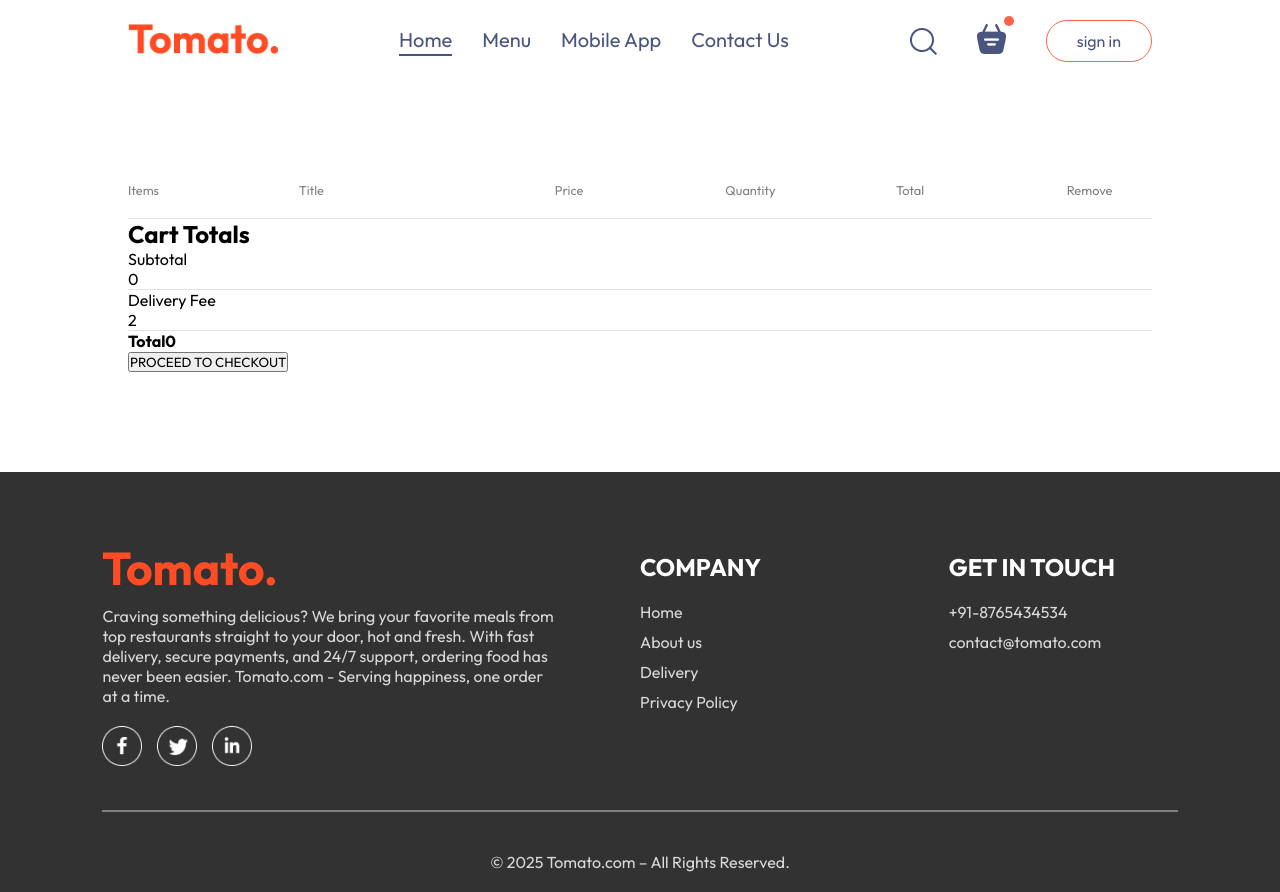
Repository: esakkiraj8104/FOOD_ORDER1
Page: /cart
These files come from the project's save history. The page is drawn as it stood at one moment and after a run of saves; the edit follows.
The browser window is 1280 px wide. The pictures show the whole page.
The project was rebuilt for these pictures with package versions that can differ from the ones it lists, and the page was loaded fresh each time. Also part of the build but not shown: vite.config.js, src/components/Navbar/Header/Haeder.css, src/components/Navbar/Header/Header.jsx, src/components/Navbar/ExploreMenu/ExploreMenu.css, src/components/Navbar/ExploreMenu/ExploreMenu.jsx, src/components/Navbar/FoodDisplay/FoodDisplay.css, src/components/Navbar/FoodItem/FoodItem.css, src/components/Navbar/FoodItem/FoodItem.jsx and 6 more. Imported but missing from the stored project, and not drawn on this page: src/pages/PlaceOrder/PlaceOrder.

Above is the page before, as saved 2025-05-20 18:49:10.

### index.html
<!doctype html>
<html lang="en">
  <head>
    <meta charset="UTF-8" />
    <link rel="icon" type="image/svg+xml" href="/vite.svg" />
    <meta name="viewport" content="width=device-width, initial-scale=1.0" />
    <title>Tomoto food Web</title>
  </head>
  <body>
    <div id="root"></div>
    <script type="module" src="/src/main.jsx"></script>
  </body>
</html>

### src/main.jsx
import React from 'react'
import ReactDOM from 'react-dom/client'
import './index.css'
import App from './App.jsx'
import {BrowserRouter} from 'react-router-dom'
import StoreContextProvider from './Context/StoreContext.jsx'

ReactDOM.createRoot(document.getElementById('root')).render(
  <BrowserRouter>
    <StoreContextProvider>
      <App />
    </StoreContextProvider>

  </BrowserRouter>

)

### src/index.css
@import url('https://fonts.googleapis.com/css2?family=Outfit:wght@100..900&display=swap');

*{
  padding: 0;
  margin: 0;
  box-sizing: border-box;
  font-family: outfit;
  scroll-behavior: smooth;
}
body{
  min-height: 100vh;
}
a{
  text-decoration :none;
  color: inherit;
}
.app{
  width: 80%;
  margin: auto;
}

@keyframes fadeIn {
  0%{
    opacity: 0;
  }
  100%{
    opacity: 1;
  }
}

### src/App.jsx
import React,{ useState } from 'react'
import { Route, Routes } from 'react-router-dom'
import Home from './pages/Home/Home'
import Cart from './pages/Cart/Cart'
import PlaceOrder from './pages/PlaceOrder/PlaceOrder'
import Navbar from './components/Navbar/Navbar/Navbar'
import Footer from './components/Navbar/Footer/Footer'
import LoginPopup from './components/LoginPopup/LoginPopup'

const App = () => {

  const[showLogin,setShowLogin]= useState(false)
  return (

    <>
    {showLogin?<LoginPopup setShowLogin={setShowLogin}/>:<></>}
      <div className='app'>
        <Navbar setShowLogin={setShowLogin}/>
        <Routes >
          <Route path='/' element={<Home />} />
          <Route path='/cart' element={<Cart />} />
          <Route path='/order' element={<PlaceOrder />} />
        </Routes>
      </div>
      <Footer />

    </>


  )
}

export default App

### src/Context/StoreContext.jsx
import { createContext, useEffect, useState } from "react";
import { food_list } from "../assets/assets";

export const StoreContext = createContext(null)

const StoreContextProvider = (props) => {

    const [cartItems,setCartItems]= useState({});

    const addToCart = (itemId) => {
        if (!cartItems[itemId]) {
            setCartItems((prev)=>({...prev,[itemId]:1}))
        }
        else{
            setCartItems((prev)=>({...prev,[itemId]:prev[itemId]+1}))
        }
    }

    const removeFromCart = (itemId) =>{
        setCartItems((prev)=>({...prev,[itemId]:prev[itemId]-1}))
    }

    useEffect(()=>{
        console.log(cartItems);
    },[cartItems])

    const contextValue = {
        food_list,
        cartItems,
        setCartItems,
        addToCart,
        removeFromCart

    }
    return (
        <StoreContext.Provider value={contextValue}>
            {props.children}
        </StoreContext.Provider>
    )
}

export default StoreContextProvider;

### src/pages/Cart/Cart.jsx
import React, { useContext } from 'react'
import './Cart.css'
import { StoreContext } from '../../Context/StoreContext'
const Cart = () => {


  const { cartItems, food_list, removeFromCart } = useContext(StoreContext);
  return (
    <div className='cart'>
      <div className="cart-items">
        <div className="cart-items-title">
          <p>Items</p>
          <p>Title</p>
          <p>Price</p>
          <p>Quantity</p>
          <p>Total</p>
          <p>Remove</p>
        </div>
        <br />
        <hr />
        {food_list.map((item, index) => {
          if (cartItems[item._id] > 0) {
            return (
              <div>
                <div className='cart-items-title cart-items-item'>
                  <img src={item.image} alt="" />
                  <p>{item.name}</p>
                  <p>${item.price}</p>
                  <p>{cartItems[item._id]}</p>
                  <p>${item.price * cartItems[item._id]}</p>
                  <p  onClick={()=>removeFromCart(item._id)} className='cross'>❌</p>
                </div>
                <hr />
              </div>

            )
          }
        })}
      </div>
      <div className="cart-bottom">
        <div className="cart-total">
          <h2>Cart Totals</h2>
          <div>
            <div className="cart-total-details">
              <p>Subtotal</p>
              <p>{0}</p>
            </div>
            <hr />
            <div className="cart-total-details">
              <p>Delivery Fee</p>
              <p>{2}</p>
            </div>
             <hr />
            <div className="cart-total-details">
              <b>Total</b>
              <b>{0}</b>
            </div>
          </div>
          <button>PROCEED TO CHECKOUT</button>
        </div>
      </div>
    </div>
  )
}

export default Cart

### src/components/Navbar/Navbar/Navbar.jsx
import React, { useState } from 'react'
import './Navbar.css'
import { assets } from '../../../assets/assets'
import { Link } from 'react-router-dom';
const Navbar = ({setShowLogin}) => {

    const [menu,setMenu] = useState("home");
  return (
    <div className='navbar'>
        <Link to='/'><img src={assets.logo} alt="" className="logo" /></Link>
        <ul className="navbar-menu">
        <Link to='/'className={menu === "home" ? "active" : ""} onClick={() => setMenu("home")}>Home</Link>
        <a href='#explore-menu' className={menu === "menu" ? "active" : ""} onClick={() => setMenu("menu")}>Menu</a>
        <a href='#app-download'className={menu === "mobile-app" ? "active" : ""} onClick={() => setMenu("mobile-app")}>Mobile App</a>
        <a href='#footer'className={menu === "contact us" ? "active" : ""} onClick={() => setMenu("contact us")}>Contact Us</a>
        </ul>
        <div className="navbar-right">
            <img src={assets.search_icon} alt="" />
            <div className="navbar-search-icon">
                <Link to='/cart'><img src={assets.basket_icon} alt="" /></Link>
                <div className="dot"></div>
            </div>
            <button onClick={()=>setShowLogin(true)}>sign in</button>
        </div>
    </div>
  )
}

export default Navbar

### src/components/Navbar/Footer/Footer.jsx
import React from 'react'
import './Footer.css'
import { assets } from '../../../assets/assets'

const Footer = () => {
  return (

    <div className='footer' id='footer'>
      <div className="footer-content">
        <div className="footer-content-left">
          <img src={assets.logo} alt="" />
          <p>Craving something delicious? We bring your favorite meals from top restaurants straight to your door, hot and fresh.
            With fast delivery, secure payments, and  24/7 support, ordering food has never been easier.
            Tomato.com - Serving happiness, one order at a time.</p>
          <div className="footer-social-icons">
            <img src={assets.facebook_icon} alt="" />
            <img src={assets.twitter_icon} alt="" />
            <img src={assets.linkedin_icon} alt="" />
          </div>
        </div>
        <div className="footer-content-center">
          <h2>COMPANY</h2>
          <ul>
            <li>Home</li>
            <li>About us</li>
            <li>Delivery</li>
            <li>Privacy Policy</li>
          </ul>
        </div>
        <div className="footer-content-right">
          <h2>GET IN TOUCH</h2>
          <ul>
            <li>+91-8765434534</li>
            <li>contact@tomato.com</li>
          </ul>
        </div>
      </div>
      <hr />
      <p className="footer-copyright">© 2025 Tomato.com – All Rights Reserved.</p>
    </div>
  )
}

export default Footer

### src/assets/assets.js
import basket_icon from './basket_icon.png'
import logo from './logo.png'
import header_img from './header_img.png'
import search_icon from './search_icon.png'
import menu_1 from './menu_1.png'
import menu_2 from './menu_2.png'
import menu_3 from './menu_3.png'
import menu_4 from './menu_4.png'
import menu_5 from './menu_5.png'
import menu_6 from './menu_6.png'
import menu_7 from './menu_7.png'
import menu_8 from './menu_8.png'

import food_1 from './food_1.png'
import food_2 from './food_2.png'
import food_3 from './food_3.png'
import food_4 from './food_4.png'
import food_5 from './food_5.png'
import food_6 from './food_6.png'
import food_7 from './food_7.png'
import food_8 from './food_8.png'
import food_9 from './food_9.png'
import food_10 from './food_10.png'
import food_11 from './food_11.png'
import food_12 from './food_12.png'
import food_13 from './food_13.png'
import food_14 from './food_14.png'
import food_15 from './food_15.png'
import food_16 from './food_16.png'
import food_17 from './food_17.png'
import food_18 from './food_18.png'
import food_19 from './food_19.png'
import food_20 from './food_20.png'
import food_21 from './food_21.png'
import food_22 from './food_22.png'
import food_23 from './food_23.png'
import food_24 from './food_24.png'
import food_25 from './food_25.png'
import food_26 from './food_26.png'
import food_27 from './food_27.png'
import food_28 from './food_28.png'
import food_29 from './food_29.png'
import food_30 from './food_30.png'
import food_31 from './food_31.png'
import food_32 from './food_32.png'

import add_icon_white from './add_icon_white.png'
import add_icon_green from './add_icon_green.png'
import remove_icon_red from './remove_icon_red.png'
import app_store from './app_store.png'
import play_store from './play_store.png'
import linkedin_icon from './linkedin_icon.png'
import facebook_icon from './facebook_icon.png'
import twitter_icon from './twitter_icon.png'
import cross_icon from './cross_icon.png'
import selector_icon from './selector_icon.png'
import rating_starts from './rating_starts.png'
import profile_icon from './profile_icon.png'
import bag_icon from './bag_icon.png'
import logout_icon from './logout_icon.png'
import parcel_icon from './parcel_icon.png'

export const assets = {
    logo,
    basket_icon,
    header_img,
    search_icon,
    rating_starts,
    add_icon_green,
    add_icon_white,
    remove_icon_red,
    app_store,
    play_store,
    linkedin_icon,
    facebook_icon,
    twitter_icon,
    cross_icon,
    selector_icon,
    profile_icon,
    logout_icon,
    bag_icon,
    parcel_icon
}

export const menu_list = [
    {
        menu_name: "Salad",
        menu_image: menu_1
    },
    {
        menu_name: "Rolls",
        menu_image: menu_2
    },
    {
        menu_name: "Deserts",
        menu_image: menu_3
    },
    {
        menu_name: "Sandwich",
        menu_image: menu_4
    },
    {
        menu_name: "Cake",
        menu_image: menu_5
    },
    {
        menu_name: "Pure Veg",
        menu_image: menu_6
    },
    {
        menu_name: "Pasta",
        menu_image: menu_7
    },
    {
        menu_name: "Noodles",
        menu_image: menu_8
    }]

export const food_list = [
    {
        _id: "1",
        name: "Greek salad",
        image: food_1,
        price: 12,
        description: "Food provides essential nutrients for overall health and well-being",
        category: "Salad"
    },
    {
        _id: "2",
        name: "Veg salad",
        image: food_2,
        price: 18,
        description: "Food provides essential nutrients for overall health and well-being",
        category: "Salad"
    }, {
        _id: "3",
        name: "Clover Salad",
        image: food_3,
        price: 16,
        description: "Food provides essential nutrients for overall health and well-being",
        category: "Salad"
    }, {
        _id: "4",
        name: "Chicken Salad",
        image: food_4,
        price: 24,
        description: "Food provides essential nutrients for overall health and well-being",
        category: "Salad"
    }, {
        _id: "5",
        name: "Lasagna Rolls",
        image: food_5,
        price: 14,
        description: "Food provides essential nutrients for overall health and well-being",
        category: "Rolls"
    }, {
        _id: "6",
        name: "Peri Peri Rolls",
        image: food_6,
        price: 12,
        description: "Food provides essential nutrients for overall health and well-being",
        category: "Rolls"
    }, {
        _id: "7",
        name: "Chicken Rolls",
        image: food_7,
        price: 20,
        description: "Food provides essential nutrients for overall health and well-being",
        category: "Rolls"
    }, {
        _id: "8",
        name: "Veg Rolls",
        image: food_8,
        price: 15,
        description: "Food provides essential nutrients for overall health and well-being",
        category: "Rolls"
    }, {
        _id: "9",
        name: "Ripple Ice Cream",
        image: food_9,
        price: 14,
        description: "Food provides essential nutrients for overall health and well-being",
        category: "Deserts"
    }, {
        _id: "10",
        name: "Fruit Ice Cream",
        image: food_10,
        price: 22,
        description: "Food provides essential nutrients for overall health and well-being",
        category: "Deserts"
    }, {
        _id: "11",
        name: "Jar Ice Cream",
        image: food_11,
        price: 10,
        description: "Food provides essential nutrients for overall health and well-being",
        category: "Deserts"
    }, {
        _id: "12",
        name: "Vanilla Ice Cream",
        image: food_12,
        price: 12,
        description: "Food provides essential nutrients for overall health and well-being",
        category: "Deserts"
    },
    {
        _id: "13",
        name: "Chicken Sandwich",
        image: food_13,
        price: 12,
        description: "Food provides essential nutrients for overall health and well-being",
        category: "Sandwich"
    },
    {
        _id: "14",
        name: "Vegan Sandwich",
        image: food_14,
        price: 18,
        description: "Food provides essential nutrients for overall health and well-being",
        category: "Sandwich"
    }, {
        _id: "15",
        name: "Grilled Sandwich",
        image: food_15,
        price: 16,
        description: "Food provides essential nutrients for overall health and well-being",
        category: "Sandwich"
    }, {
        _id: "16",
        name: "Bread Sandwich",
        image: food_16,
        price: 24,
        description: "Food provides essential nutrients for overall health and well-being",
        category: "Sandwich"
    }, {
        _id: "17",
        name: "Cup Cake",
        image: food_17,
        price: 14,
        description: "Food provides essential nutrients for overall health and well-being",
        category: "Cake"
    }, {
        _id: "18",
        name: "Vegan Cake",
        image: food_18,
        price: 12,
        description: "Food provides essential nutrients for overall health and well-being",
        category: "Cake"
    }, {
        _id: "19",
        name: "Butterscotch Cake",
        image: food_19,
        price: 20,
        description: "Food provides essential nutrients for overall health and well-being",
        category: "Cake"
    }, {
        _id: "20",
        name: "Sliced Cake",
        image: food_20,
        price: 15,
        description: "Food provides essential nutrients for overall health and well-being",
        category: "Cake"
    }, {
        _id: "21",
        name: "Garlic Mushroom ",
        image: food_21,
        price: 14,
        description: "Food provides essential nutrients for overall health and well-being",
        category: "Pure Veg"
    }, {
        _id: "22",
        name: "Fried Cauliflower",
        image: food_22,
        price: 22,
        description: "Food provides essential nutrients for overall health and well-being",
        category: "Pure Veg"
    }, {
        _id: "23",
        name: "Mix Veg Pulao",
        image: food_23,
        price: 10,
        description: "Food provides essential nutrients for overall health and well-being",
        category: "Pure Veg"
    }, {
        _id: "24",
        name: "Rice Zucchini",
        image: food_24,
        price: 12,
        description: "Food provides essential nutrients for overall health and well-being",
        category: "Pure Veg"
    },
    {
        _id: "25",
        name: "Cheese Pasta",
        image: food_25,
        price: 12,
        description: "Food provides essential nutrients for overall health and well-being",
        category: "Pasta"
    },
    {
        _id: "26",
        name: "Tomato Pasta",
        image: food_26,
        price: 18,
        description: "Food provides essential nutrients for overall health and well-being",
        category: "Pasta"
    }, {
        _id: "27",
        name: "Creamy Pasta",
        image: food_27,
        price: 16,
        description: "Food provides essential nutrients for overall health and well-being",
        category: "Pasta"
    }, {
        _id: "28",
        name: "Chicken Pasta",
        image: food_28,
        price: 24,
        description: "Food provides essential nutrients for overall health and well-being",
        category: "Pasta"
    }, {
        _id: "29",
        name: "Buttter Noodles",
        image: food_29,
        price: 14,
        description: "Food provides essential nutrients for overall health and well-being",
        category: "Noodles"
    }, {
        _id: "30",
        name: "Veg Noodles",
        image: food_30,
        price: 12,
        description: "Food provides essential nutrients for overall health and well-being",
        category: "Noodles"
    }, {
        _id: "31",
        name: "Somen Noodles",
        image: food_31,
        price: 20,
        description: "Food provides essential nutrients for overall health and well-being",
        category: "Noodles"
    }, {
        _id: "32",
        name: "Cooked Noodles",
        image: food_32,
        price: 15,
        description: "Food provides essential nutrients for overall health and well-being",
        category: "Noodles"
    }
]

### src/pages/Cart/Cart.css
.cart{
    margin-top: 100px;
}
.cart-items-title{
    display: grid;
    grid-template-columns: 1fr 1.5fr 1fr 1fr 1fr 0.5fr;
    align-items: center;
    color: grey;
    font-size: max(1vw,12px);

}
.cart-items-item{
    margin: 10px 0px;
    color: black;
}
.cart-items-item img{
    width: 100px;
}
.cart hr{
    height: 1px;
    background-color: #e2e2e2;
    border: none;
}
.cart-items-item .cross{
    cursor: pointer;
}

### src/components/Navbar/Navbar/Navbar.css
.navbar{
    padding: 20px 0px;
    display: flex;
    justify-content: space-between;
    align-items: center;
}

.navbar .logo{
    width: 150px;
}

.navbar-menu{
    display: flex;
    list-style: none;
    gap: 30px;
    color: #49557e;
    font-size: 20px;
}

.navbar-right{
    display: flex;
    align-items: center;
    gap: 40px;
}

.navbar button{
    background: transparent;
    font-size: 16px;
    color: #49557e;
    border: 1px solid tomato;
    padding: 10px 30px;
    border-radius: 50px;
    cursor: pointer;
    transition: 0.3;
}

.navbar button:hover{
    background-color: #fff4f2;
}

.navbar .active{
    padding-bottom: 2px;
    border-bottom: 2px solid #49557e;
}

.navbar li{
    cursor: pointer;
}

.navbar-search-icon{
    position:relative;
}

.navbar-search-icon .dot{
    position: absolute;
    min-width: 10px;
    min-height: 10px;
    background-color: tomato;
    border-radius: 5px;
    top: -8px;
    right: -8px;
}
@media(max-width:1050px) {
    .navbar .logo{
        width: 140px;
    }
    .navbar-menu{
        gap: 20px;
        font-size: 17px;
    }
    .navbar-right{
        gap: 30px;
    }
    .navbar-right img{
        width: 22px;
    }
    .navbar-right button{
        padding: 8px 25px;
    }
}
@media(max-width:900px) {
    .navbar .logo{
        width: 120px;
    }
    .navbar-menu{
        gap: 15px;
        font-size: 16px;
    }
    .navbar-right{
        gap: 20px;
    }
    .navbar-right img{
        width: 20px;
    }
    .navbar-right button{
        padding: 7px 20px;
        font-size: 15px;
    }
}
@media(max-width:750px) {
    .navbar-menu{
        display: none;
    }
}

### src/components/Navbar/Footer/Footer.css
.footer{
    color: #d9d9d9;
    background: #323232;
    display: flex;
    flex-direction: column;
    align-items: center;
    gap: 20px;
    padding: 20px 8vw;
    padding-top: 80px;
    margin-top: 100px;

}

.footer-content{
    width: 100%;
    display: grid;
    grid-template-columns: 2fr 1fr 1fr;
    gap: 80px;
}
.footer-content-left, .footer-content-right, .footer-content-center{
    display: flex;
    flex-direction: column;
    align-items: start;
    gap: 20px;
}
.footer-content-left li, .footer-content-right li, .footer-content-center li{
    list-style: none;
    margin-bottom: 10px;
    cursor: pointer;
}
.footer-content-right h2, .footer-content-center h2 {
    color: white;
}
.footer-social-icons img{
    width: 40px;
    margin-right: 15px;
}
.footer hr{
    width: 100%;
    height: 2px;
    margin: 20px 0;
    background-color: grey;
    border: none;
}
@media (max-width:750px) {
    .footer-content{
        display: flex;
        flex-direction: column;
        gap: 35px;
    }
    .footer-copyright{
        text-align: center;
    }
}

Loaded but not shown: src/pages/Home/Home.css (no stored copy; drawn as an empty file)

After the next 2 saves:
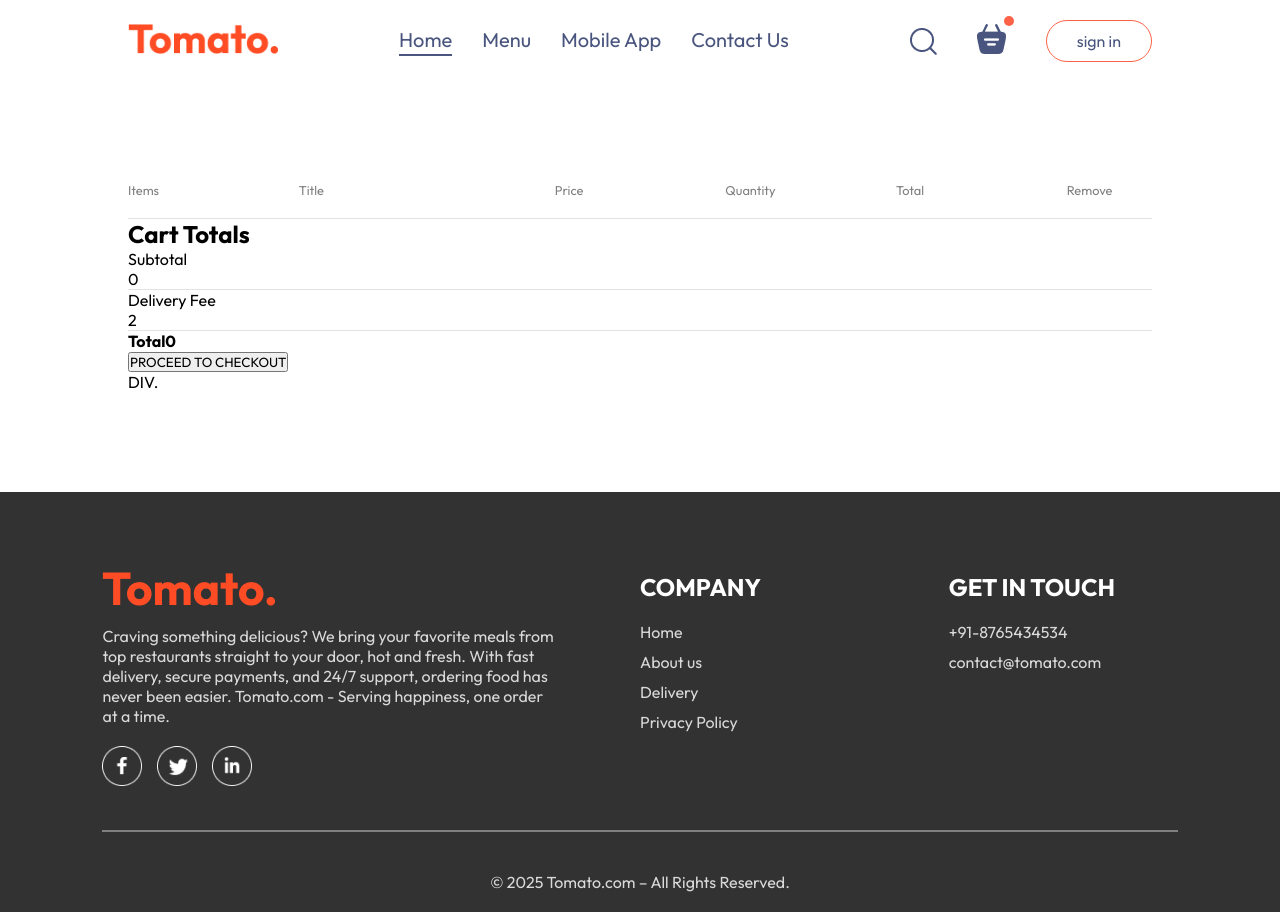
The 2 saves are shown as one change because they came seconds apart.
The last was saved 23 s later.
--- a/src/pages/Cart/Cart.jsx
+++ b/src/pages/Cart/Cart.jsx
@@ -58,6 +58,7 @@ const Cart = () => {
           </div>
           <button>PROCEED TO CHECKOUT</button>
         </div>
+        DIV.
       </div>
     </div>
   )
